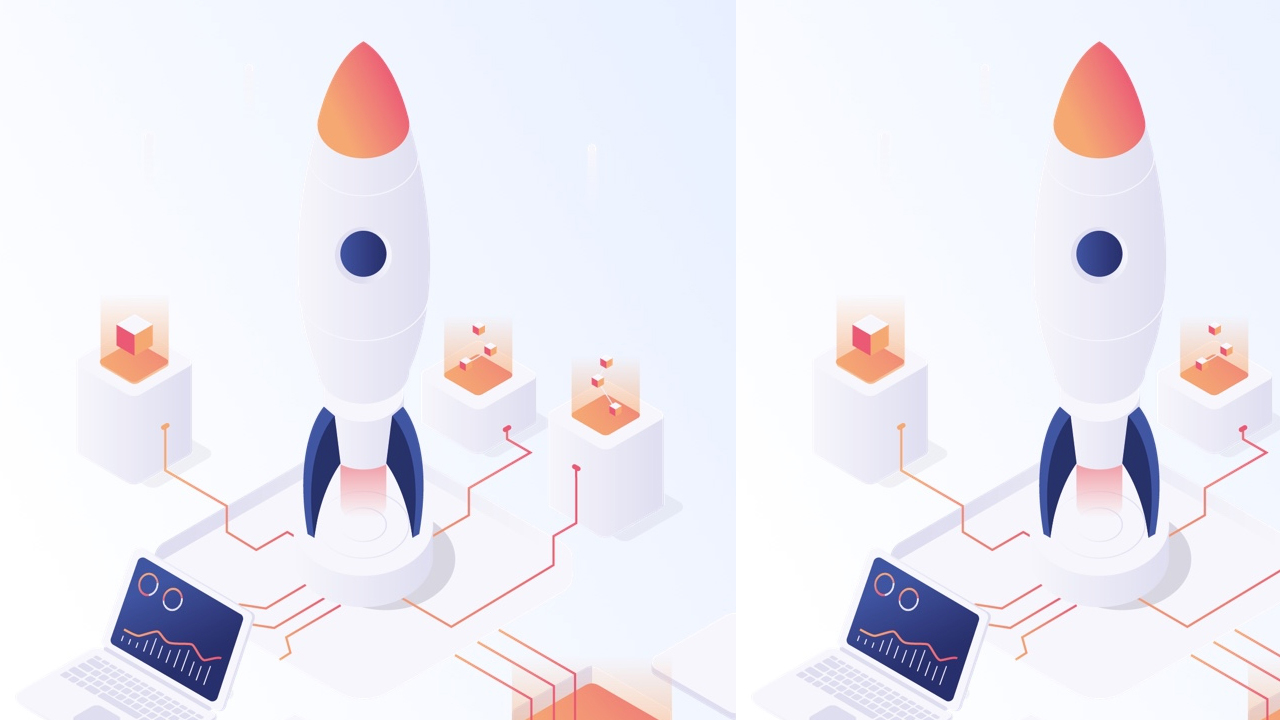
Repository: evondev/html-css-basic-course
Page: index.html
An editor plug-in stored every save of this project. The page is shown before and after the next save, followed by the edit.
The browser window is 1280 px wide. The pictures show the whole page.
Some web libraries are served in a nearby version. The style sheet was rebuilt from its Sass, Less or Tailwind sources for each picture, by a compiler version that may differ from the author's.

Above is the page before, as saved 2020-12-28 23:10:48.

### index.html
<!DOCTYPE html>
<html lang="en">
  <head>
    <meta charset="UTF-8" />
    <meta name="viewport" content="width=device-width, initial-scale=1.0" />
    <title>CSS handle input background autofill</title>
    <link
      href="https://fonts.googleapis.com/css2?family=Roboto:wght@400;700&display=swap"
      rel="stylesheet"
    />
    <link
      rel="stylesheet"
      href="https://cdnjs.cloudflare.com/ajax/libs/font-awesome/5.14.0/css/all.min.css"
      integrity="sha512-1PKOgIY59xJ8Co8+NE6FZ+LOAZKjy+KY8iq0G4B3CyeY6wYHN3yt9PW0XpSriVlkMXe40PTKnXrLnZ9+fkDaog=="
      crossorigin="anonymous"
    />
    <link
      href="https://fonts.googleapis.com/css2?family=Poppins:wght@300;400;700&display=swap"
      rel="stylesheet"
    />
    <link rel="stylesheet" href="./styles/reset.css" />
    <link rel="stylesheet" href="./styles/app.css" />
  </head>
  <body>

  </body>
</html>

### styles/app.scss
html {
  font-size: 62.5%;
}

* {
  box-sizing: border-box;
}

body {
  font-size: 1.6rem;
  font-weight: normal;
}

input,
textarea,
button,
select {
  font-size: 1.6rem;
  font-family: "Poppins", sans-serif;
  font-weight: normal;
  outline: none;
}

a {
  text-decoration: none;
}

img {
  display: block;
  max-width: 100%;
}
body {
  background-image: url("./images/rocket.jpg");
  width: 100%;
  height: 100vh;
}

Loaded but not shown: styles/reset.css (common file)

After the next save:
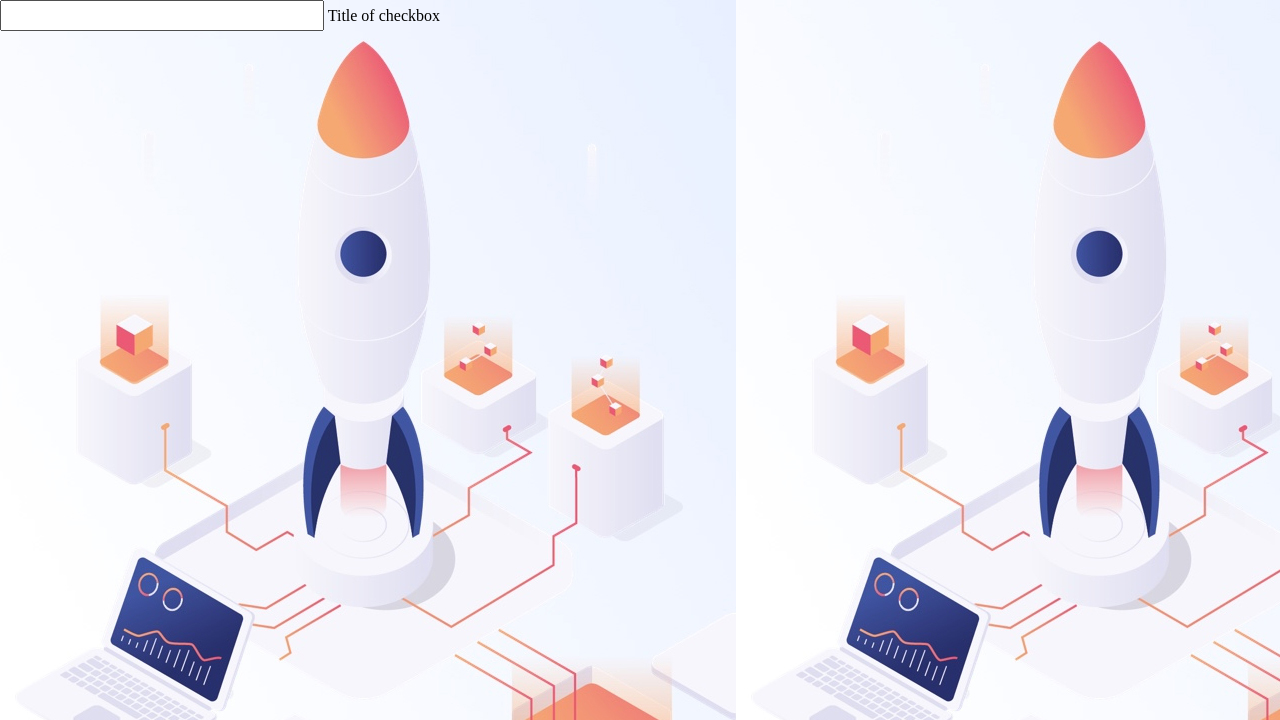
Saved 5 min 9 s later.
--- a/index.html
+++ b/index.html
@@ -22,6 +22,9 @@
     <link rel="stylesheet" href="./styles/app.css" />
   </head>
   <body>
-
+    <div class="custom-checkbox">
+      <input type="text" class="custom-checkbox-input" id="checkbox">
+      <label for="checkbox">Title of checkbox</label>
+    </div>
   </body>
 </html>
